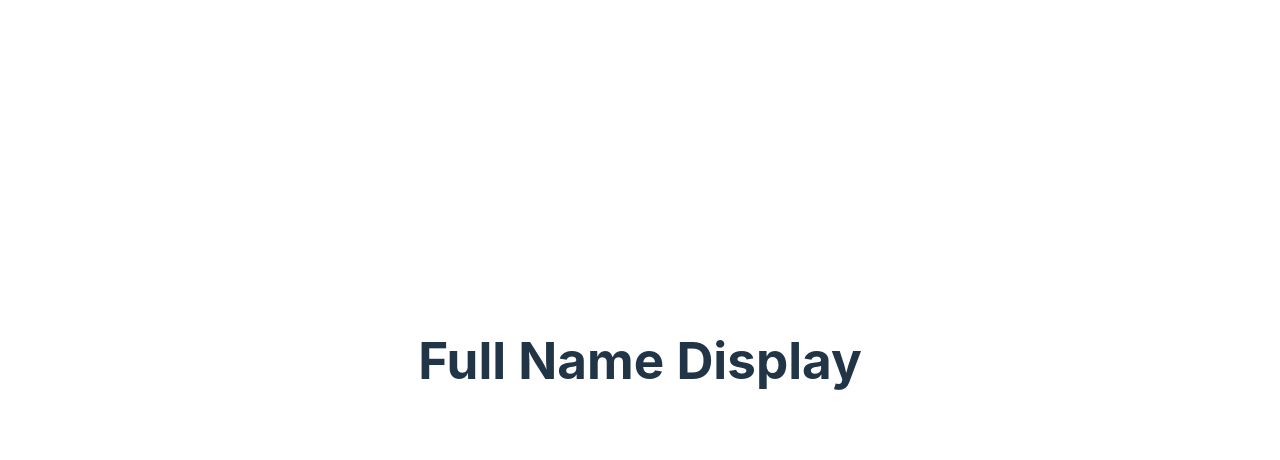
Repository: rajratangm/NameForm
Page: / (app in nameform/)
These files come from the project's save history. The page is drawn as it stood at one moment and after the next save; the edit follows.
The browser window is 1280 px wide. The pictures show the whole page.
The project was rebuilt for these pictures with package versions that can differ from the ones it lists, and the page was loaded fresh each time. Also part of the build but not shown: nameform/vite.config.js.

Above is the page before, as saved 2024-04-02 16:22:33.

### nameform/src/App.jsx
import { useState } from 'react'
import reactLogo from './assets/react.svg'
import viteLogo from '/vite.svg'
import './App.css'

function App() {
  const [count, setCount] = useState(0)

  return (
    <>
    <h1>Full Name Display</h1>
    <p></p>


    </>
  )
}

export default App

Loaded but not shown: nameform/index.html (common file); nameform/src/main.jsx (common file); nameform/src/index.css (common file); nameform/src/App.css (common file)

After the next save:
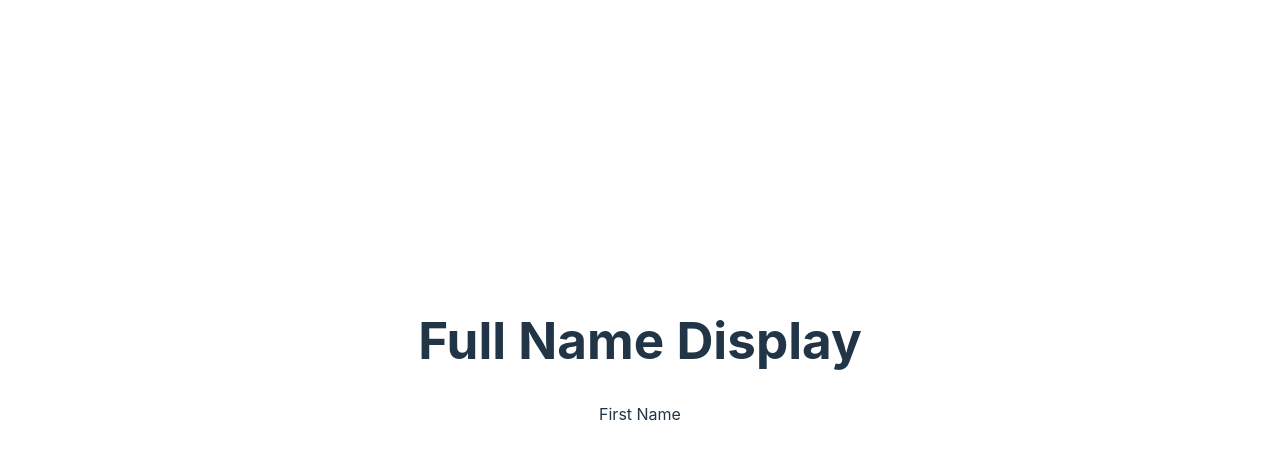
Saved 3 s later.
--- a/nameform/src/App.jsx
+++ b/nameform/src/App.jsx
@@ -9,7 +9,7 @@ function App() {
   return (
     <>
     <h1>Full Name Display</h1>
-    <p></p>
+    <p>First Name</p>
 
 
     </>
